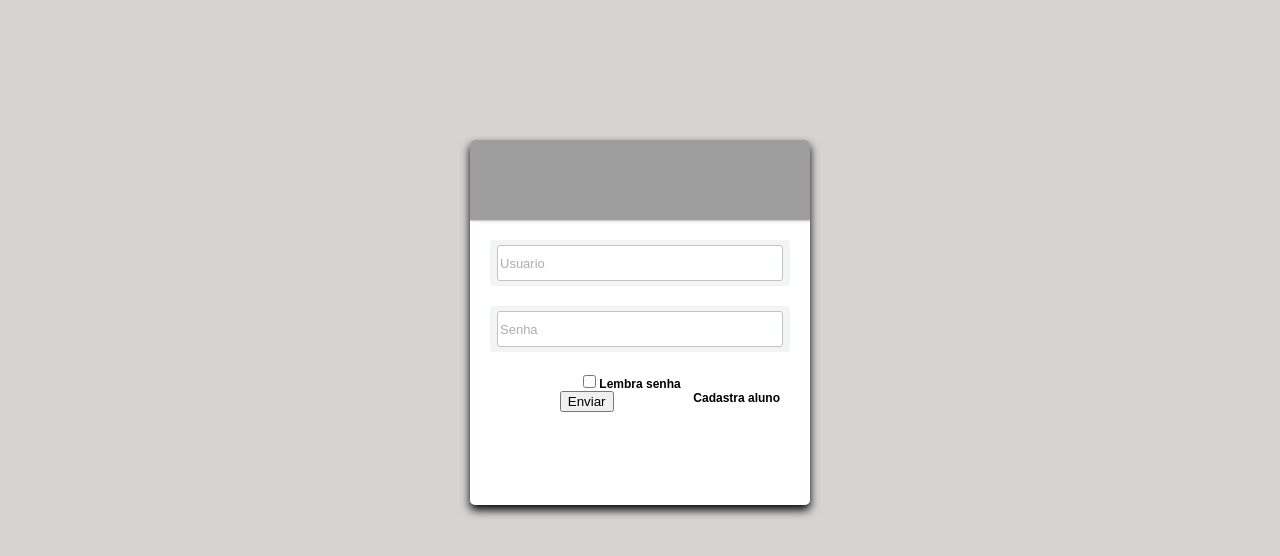
Repository: luisjonson/ProjetoWebAcademia
Page: http://localhost/RepositorioWebProject/Login.jsp
An editor plug-in stored every save of this project. The page is shown before and after the next save, followed by the edit.
The browser window is 1280 px wide. The pictures show the whole page.
Pictures or frames that could not be fetched are drawn as grey boxes. The page is served by Tomcat 9. Other server files are loaded and not shown.

Above is the page before, as saved 2017-04-10 02:08:06.

### Projeto_Web/RepositorioWebProject/WebContent/Login.jsp
<%@ page language="java" contentType="text/html; charset=utf-8"
	pageEncoding="ISO-8859-1"%>
<!DOCTYPE
 html PUBLIC "-//W3C//DTD HTML 4.01 Transitional//EN" "http://www.w3.org/TR/html4/loose.dtd">
<html>
<head>

</head>

<title>Login</title>

<style type="text/css" >

body {
	background-color: #D6D3D3;
}

#login-box {
	background-color: #ECECEC;
	width: 340px;
	height: 365px;
	margin: 140px auto 0px;
	border-radius: 5px;

}

#login-box-interno {
	width: 340px;
	height: 365px;
	background-color:white;
	position: absolute;
	border-radius: 5px;
	box-shadow: 0px 5px 10px black;
	overflow: hidden;
}

#login-box-label {
	background-color:#D6D3D3;
	height:80px;
	text-align:center;
    font:bold 12px/12px sans-serif;
    border-top-left-radius:5px;
    border-top-right-radius:5px;
    border-bottom:1px solid #cccccc;
    box-shadow:1px 0px 3px #ccc4c5;
}

#imagens{
	max-width: 800px;
}

.input-div{

	margin: 20px;
	padding: 5px;
   background-color:#f2f5f7;

	border-radius: 3px;
}

.input-div input{

	width: 280px;
	height: 32px;
	padding-left: 2px;
	font: normal 13px sans-serif;
	color: #aeaeae;
	border-radius: 3px;
	border: 1px solid #bfc4c6;
    outline:none;
}

.input-div:hover{
	background-color: #8C8C8A;
}

.input-div:hover input{
	border-color: #797B79
}
.input-senha{
  margin-top:-10px;
  }

  #botoes{
    width:300px;
    margin-left:10px;
  }

 /* #botao{
    float:right;
    background-color:;
    padding:5px 15px;
    font:bold 12px sans-serif;
    border-radius:20px;
    text-shadow:0px 1px 0px white;
    border:1px solid #9eb9c3;
  }
  */
  #CadastraAluno{
    font:bold 12px sans-serif;
     float:right;
     margin-left: right;
  }

</style>
<body>
	<div id="login-box">

		<div id="login-box-interno">

			<div id="login-box-label">

				<div id=imagens><img alt="Smart Fit" src="C:\Users\nano\workspace\ProjetoWebAcademia\Projeto_Web\RepositorioWebProject\WebContent\Imagem\Smart.png" width="340" height="80"/></div>

				<div class="input-div" id="input-usuario">
					<input type="text" value="Usuario">
				</div>

				<div class="input-div" id="input-senha">
					<input type="text" value="Senha">
				</div>

                <div id="botoes">

                  <div id="lembra-senha"><input type="checkbox"/>Lembra senha</div>
                  <div id="CadastraAluno">Cadastra aluno</div>
                    <div id="botao" ><input type="submit" name="enviar" value="Enviar"></div><br><br>
                  </div>

              </div>
         </div>
	</div>




</body>
</html>

After the next save:
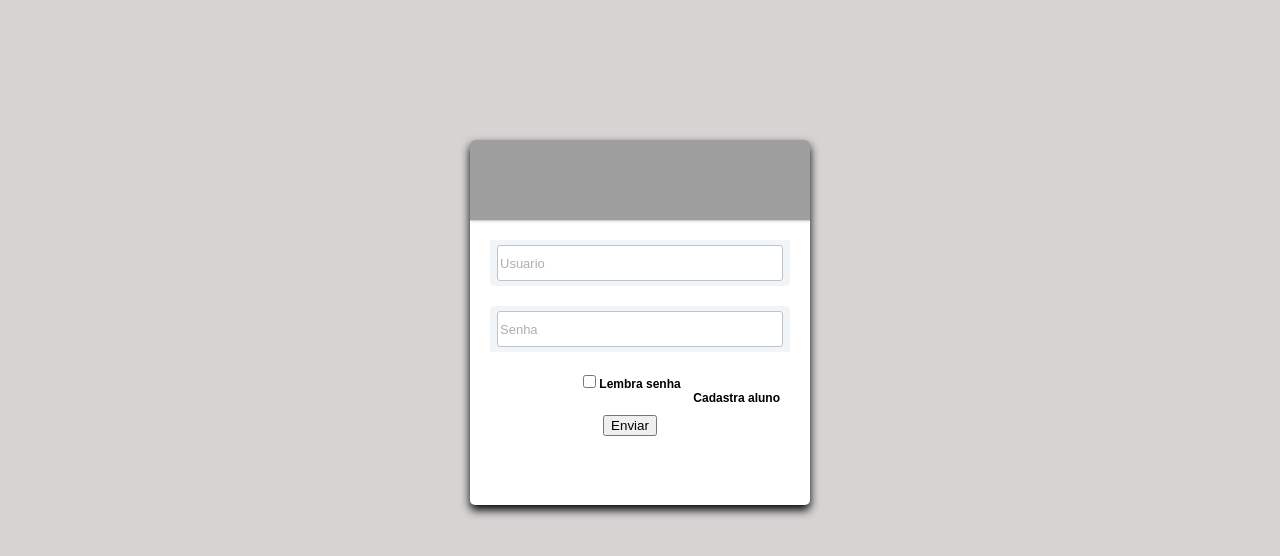
Saved 18 s later.
--- a/Projeto_Web/RepositorioWebProject/WebContent/Login.jsp
+++ b/Projeto_Web/RepositorioWebProject/WebContent/Login.jsp
@@ -123,8 +123,8 @@ body {
                 <div id="botoes">
 
                   <div id="lembra-senha"><input type="checkbox"/>Lembra senha</div>
-                  <div id="CadastraAluno">Cadastra aluno</div>
-                    <div id="botao" ><input type="submit" name="enviar" value="Enviar"></div><br><br>
+                  <div id="CadastraAluno">Cadastra aluno</div><br><br>
+                    <div id="botao" ><input type="submit" name="enviar" value="Enviar"></div>
                   </div>
 
               </div>
